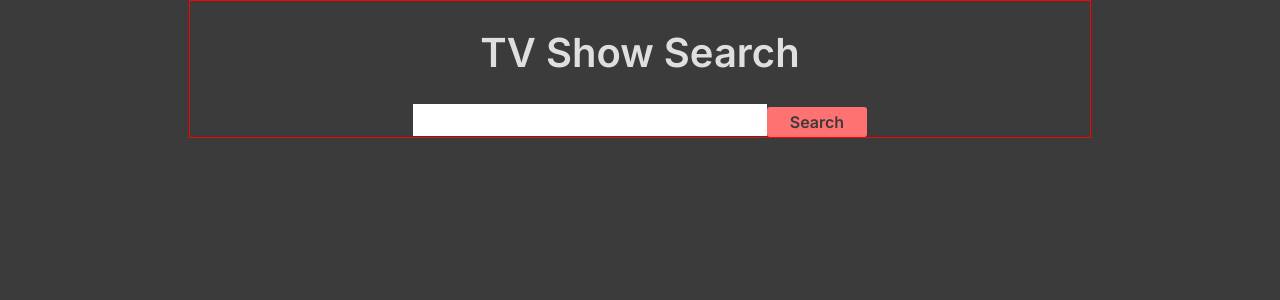
Repository: shayanabedi98/tv-search-react
Page: /
An editor plug-in stored every save of this project. The page is shown before and after the next save, followed by the edit.
The browser window is 1280 px wide. The pictures show the whole page.
The project was rebuilt for these pictures with package versions that can differ from the ones it lists, and the page was loaded fresh each time. Also part of the build but not shown: vite.config.js.

Above is the page before, as saved 2024-01-02 02:33:44.

### index.html
<!doctype html>
<html lang="en">
  <head>
    <meta charset="UTF-8" />
    <link rel="icon" type="image/svg+xml" href="https://www.svgrepo.com/show/503669/tv.svg" />
    <meta name="viewport" content="width=device-width, initial-scale=1.0" />
    <title>TV Show Search | React</title>
  </head>
  <body>
    <div id="root"></div>
    <script type="module" src="/src/main.jsx"></script>
  </body>
</html>

### src/App.jsx
import { useState } from "react";
import { v4 as uuid } from "uuid";
import List from "./List";
import Search from "./Search";

function App() {
  const [input, setInput] = useState();
  const [showList, setShowList] = useState([]);

  const fetchShow = async () => {
    try {
      if (input) {
        const response = await fetch(
          `https://api.tvmaze.com/search/shows?q=${input}`
        );
        const responseJson = await response.json();
        let newList = [];
        for (let i = 0; i < responseJson.length; i++) {
          if (responseJson[i].show.image) {
            newList.push({
              id: uuid(),
              name: responseJson[i].show.name,
              img: responseJson[i].show.image.medium,
              language: responseJson[i].show.language,
              rating: responseJson[i].show.rating.average,
            });
          }
        }
        setShowList(newList);
        console.log(responseJson);
      }
    } catch (err) {
      console.log(err);
    }
  };

  const handleChange = (e) => {
    setInput(e.target.value);
  };

  return (
    <div>
      <Search fetchShow={fetchShow} input={input} handleChange={handleChange} />
      <List showList={showList} />
    </div>
  );
}

export default App;

### src/index.css
@import url('https://fonts.googleapis.com/css2?family=Inter:wght@600&display=swap');

body {
  font-family: 'Inter', sans-serif;
  margin: 0;
  padding: 0;
  background-color: rgb(59, 59, 59);
  color: rgb(223, 223, 223);
}

.search {
  margin: 0 auto;
  text-align: center;
  width: 900px;
  border: 1px solid red;
}

.search h1 {
  font-size: 40px;
}

.search input {
  border: none;
  height: 30px;
  width: 350px;
  font-size: 26px;
  outline: none;
}

.search input:focus {
  outline: 2px grey solid;
}

.search button {
  height: 30px;
  width: 100px;
  font-family: 'Inter', sans-serif;
  border: none;
  background-color: rgb(255, 114, 114);
  color: rgb(59, 59, 59);;
  font-size: 16px;
  border-radius: 3px;
}

### src/List.jsx
import React from "react";

const List = ({ showList }) => {
  return (
    <div className="list">
      {showList.length > 0 &&
        showList.map((show) => {
          return (
            <div className="card" key={show.id}>
              <h2>{show.name}</h2>
              <img src={show.img} alt={`cover photo of ${show.name}`} />
              <p>
                <span>Language: </span>
                {show.language}
              </p>
              <p>{show.rating ? `Rating: ${show.rating}⭐` : "Rating: N/A"}</p>
            </div>
          );
        })}
    </div>
  );
};

export default List;

### src/Search.jsx
import React from "react";

const Search = ({ fetchShow, input, handleChange }) => {
  return (
    <div className="search">
        <h1>TV Show Search</h1>
      <div className="search-bar">
        <input
          required
          type="text"
          onKeyDown={(e) => e.key === "Enter" && fetchShow()}
          onChange={handleChange}
          value={input}
        />
        <button onClick={fetchShow}>Search</button>
      </div>
    </div>
  );
};

export default Search;

Loaded but not shown: src/main.jsx (common file)

After the next save:
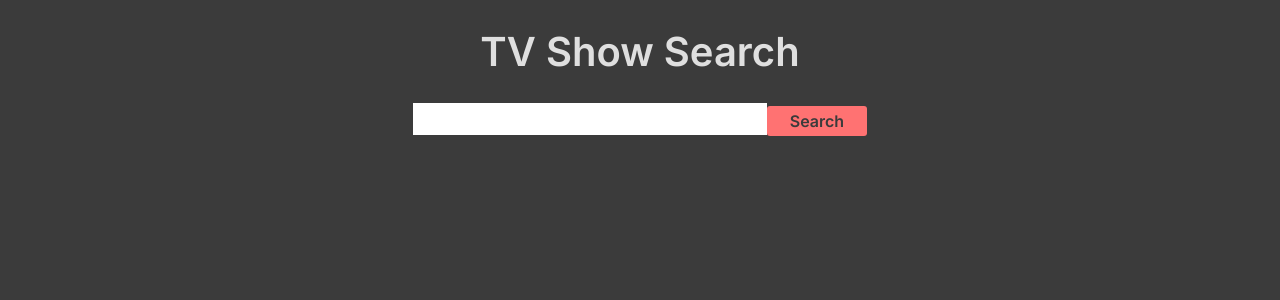
Saved 11 s later.
--- a/src/index.css
+++ b/src/index.css
@@ -11,8 +11,8 @@ body {
 .search {
   margin: 0 auto;
   text-align: center;
-  width: 900px;
-  border: 1px solid red;
+  width: 950px;
+
 }
 
 .search h1 {
